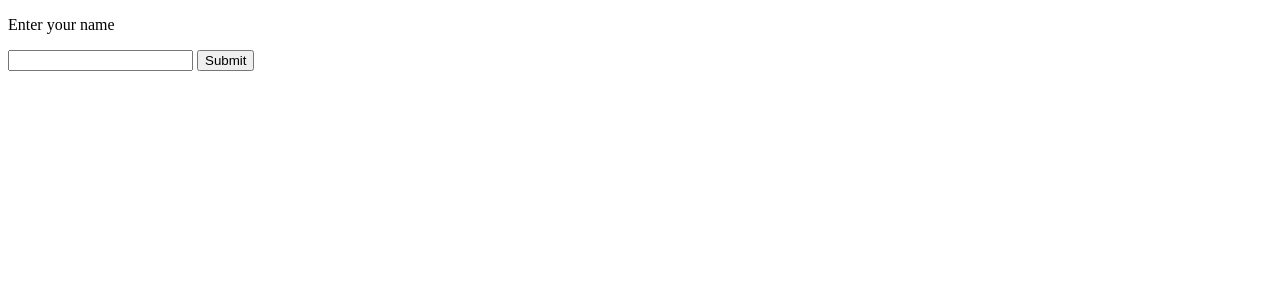
Repository: anmho/rock-paper-scissors
Page: index.html
The author's editor kept a copy of each file at every save. The page is drawn from the files as they stood at one save, then again after a run of saves.
The browser window is 1280 px wide. The pictures show the whole page.

Above is the page before, as saved 2021-10-26 20:53:19.
Console error: TypeError: Cannot read properties of null (reading 'addEventListener')

After the next 2 saves:
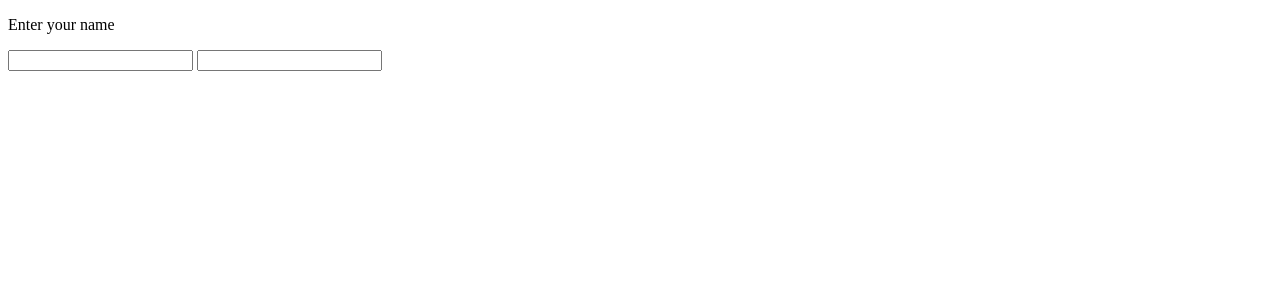
The 2 saves are shown as one change because they came seconds apart.
The last was saved 8 s later.
--- a/index.html
+++ b/index.html
@@ -11,8 +11,8 @@
     <p>Enter your name</p>
 
     <form>
-      <input id="enterName" type="text" />
-      <input type="submit" />
+      <input type="text" id="enterName" />
+      <input itype="submit" />
     </form>
     <p id="greeting"></p>
   </body>

After the save that followed:
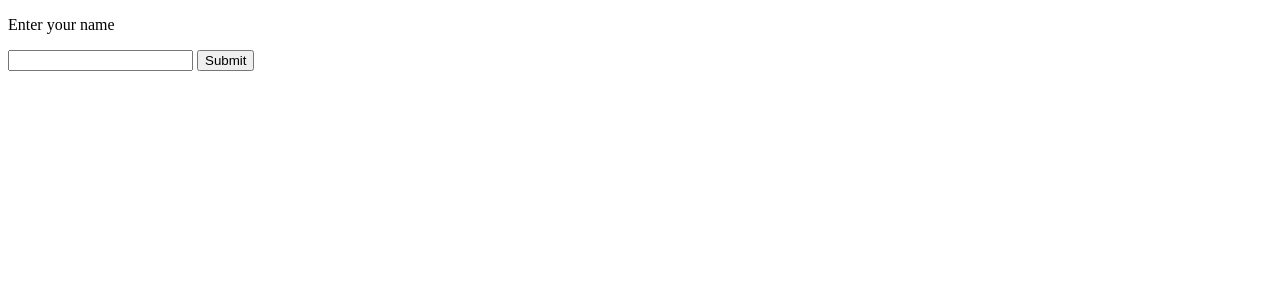
Saved 4 s later.
--- a/index.html
+++ b/index.html
@@ -12,7 +12,7 @@
 
     <form>
       <input type="text" id="enterName" />
-      <input itype="submit" />
+      <input type="submit" />
     </form>
     <p id="greeting"></p>
   </body>
